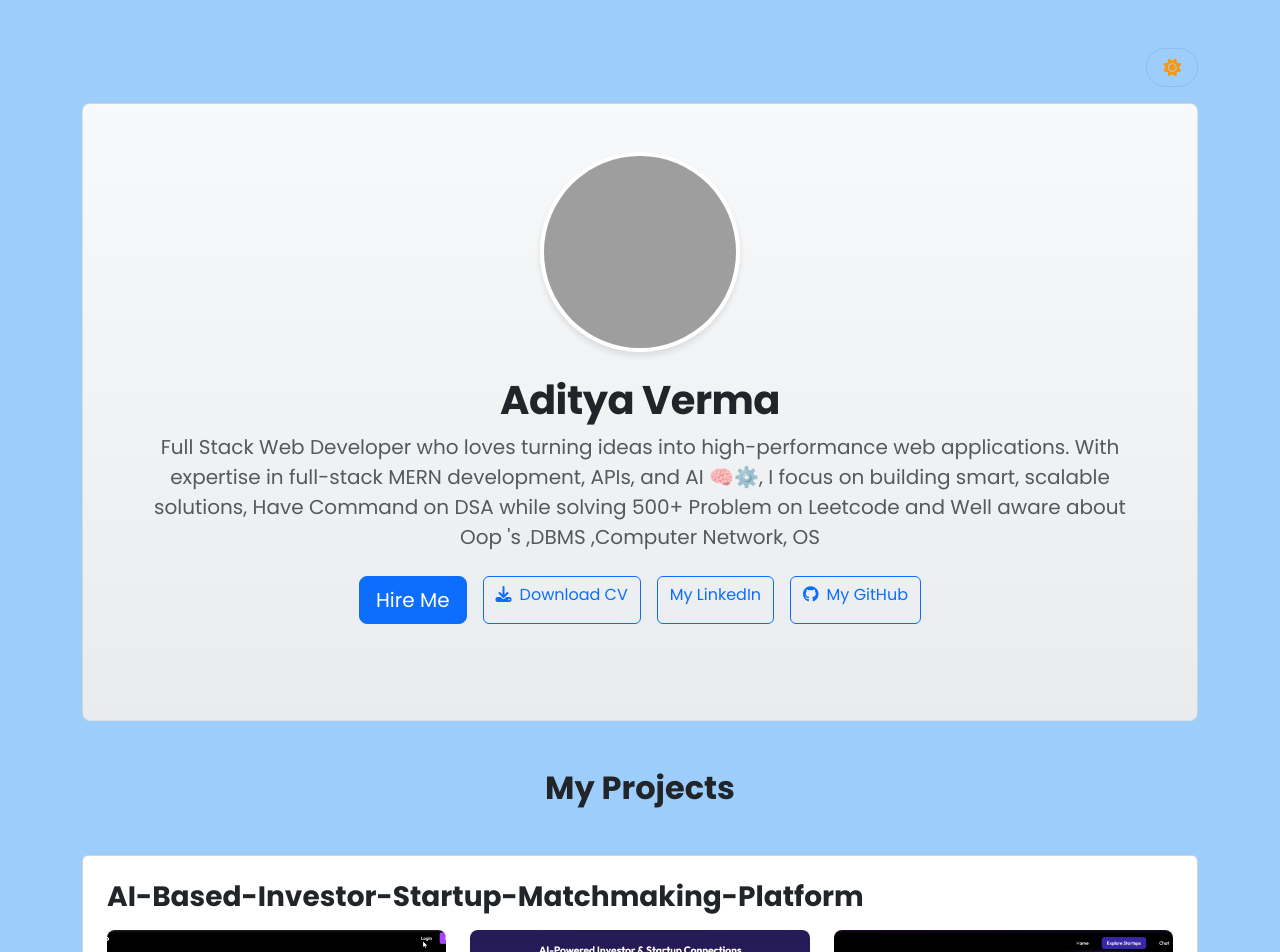
Repository: AdityaTech-Pro/Portfolio-Aditya-Verma
Page: Aditya Portfolio/index.html
An editor plug-in stored every save of this project. The page is shown before and after a run of saves, followed by the edit.
The browser window is 1280 px wide. The pictures show the part of the page from y = 0 to 952 px (the page is 4999 px tall).
Pictures or frames that could not be fetched are drawn as grey boxes.

Above is the page before, as saved 2026-01-08 00:04:03.

After the next 2 saves:
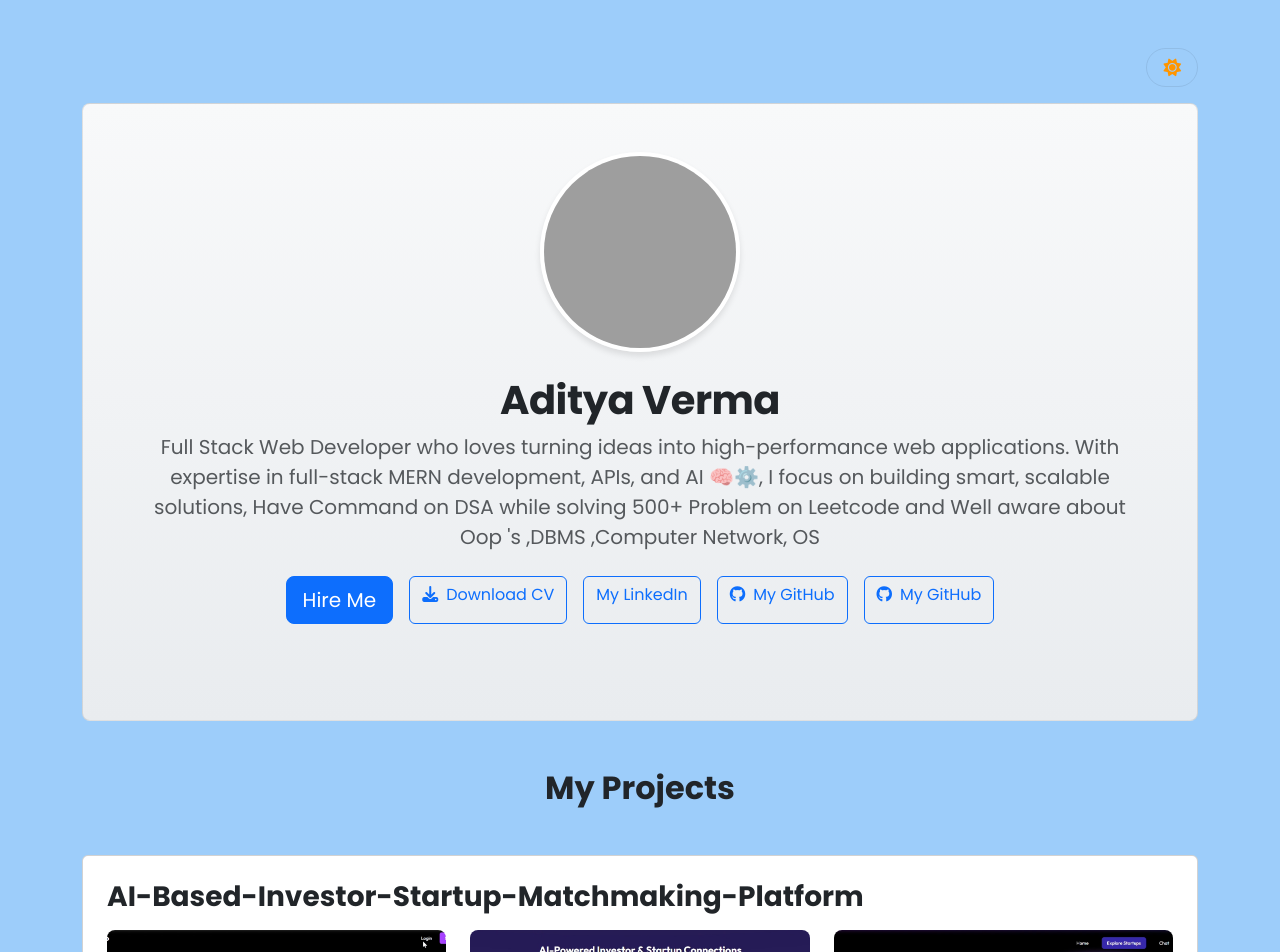
The 2 saves are shown as one change because they came seconds apart.
The last was saved 4 min 17 s later.
--- a/Aditya Portfolio/index.html
+++ b/Aditya Portfolio/index.html
@@ -238,6 +238,9 @@
                 <a href="https://github.com/AdityaTech-Pro" class="btn btn-outline-primary " target="_blank ">
                     <i class="fab fa-github me-2 "></i>My GitHub
                 </a>
+                <a href="https://github.com/AdityaTech-Pro" class="btn btn-outline-primary " target="_blank ">
+                    <i class="fab fa-github me-2 "></i>My GitHub
+                </a>
 
             </div>
         </section>
